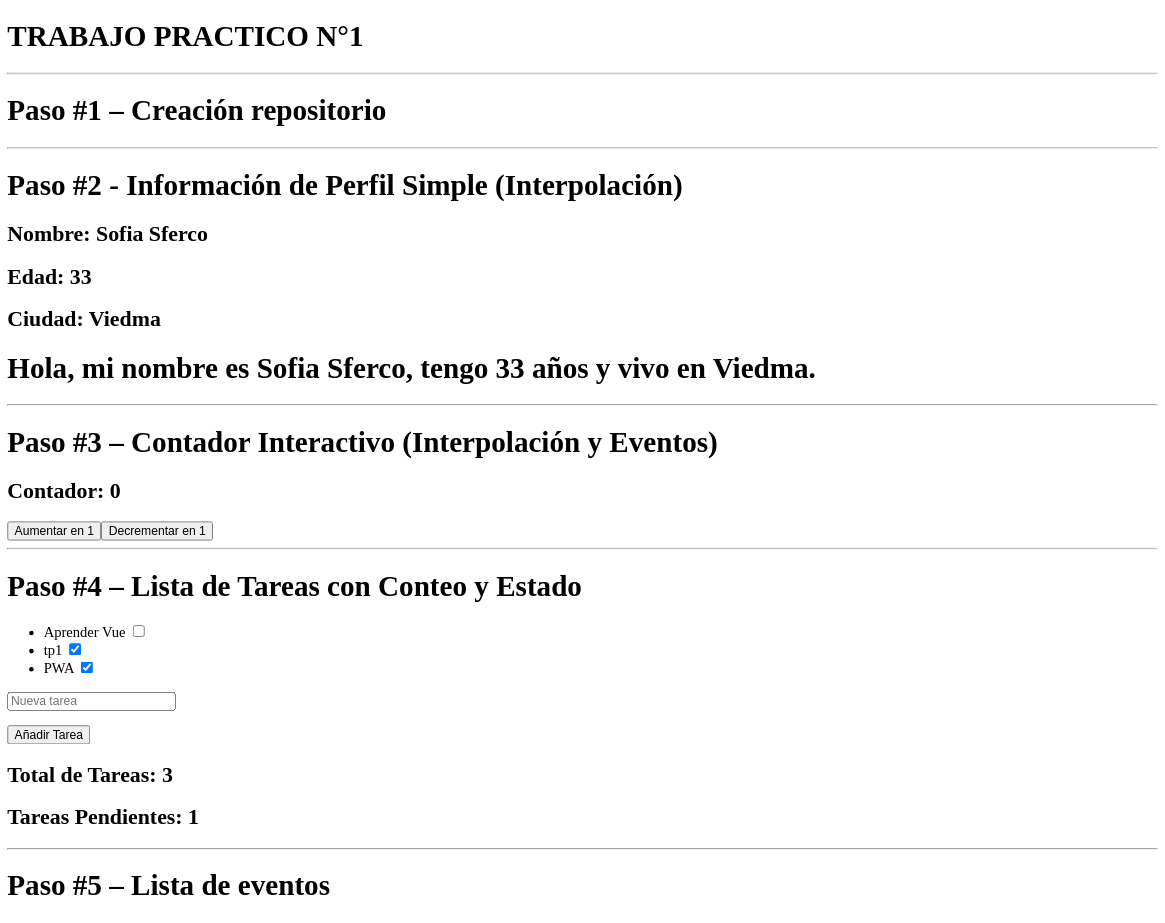
Repository: SofiaSferco/PWA-2026
Page: practico01/index.html
These files come from the project's save history. The page is drawn as it stood at one moment and after a run of saves; the edit follows.
The browser window is 1280 px wide. The pictures show the whole page, at 91% of full size.

Above is the page before, as saved 2026-09-10 03:20:00.

### practico01/index.html
<!DOCTYPE html>
<html lang="en">
<head>
    <meta charset="UTF-8">
    <title>Practico 01</title>
    <script src="https://cdn.jsdelivr.net/npm/vue/dist/vue.js"></script>
</head>

<body>
    <div id="app">
        <p>
            <h1>TRABAJO PRACTICO N°1</h1>
        </p>
        <hr>
        <h1>Paso #1 – Creación repositorio</h1>
        <hr>
        <h1>Paso #2 - Información de Perfil Simple (Interpolación)</h1>
        <h2>Nombre: {{nombre}}</h2>
        <h2>Edad: {{edad}}</h2>
        <h2>Ciudad: {{ciudad}}</h2>
        <h1>Hola, mi nombre es {{nombre}}, tengo {{edad}} años y vivo en {{ciudad}}.</h1>
        <hr>
        <h1>Paso #3 – Contador Interactivo (Interpolación y Eventos)</h1>
        <h2>Contador: {{contador}}</h2>
        <button @click="aumentar">Aumentar en 1</button><button v-on:click="decrementar">Decrementar en 1</button>
        <hr>
        <h1>Paso #4 – Lista de Tareas con Conteo y Estado</h1>
        <ul>
            <li v-for="tarea in tareas" :key="tarea.id">
                {{tarea.texto}} <input type="checkbox" v-model="tarea.completada">
            </li>
        </ul>
        <p>
            <input type="text" v-model="nuevaTarea" placeholder="Nueva tarea">
        </p>
        <button @click="agregarTarea">Añadir Tarea</button>
        <h2>Total de Tareas: {{totalTareas}}</h2>
        <h2>Tareas Pendientes: {{tareasPendientes.length}}</h2>
        <hr>
        <h1>Paso #5 – Lista de eventos</h1>
        <ul>
            <li v-for="evento in listaeventos" :key="evento.id">
                {{evento.nombre}} - {{evento.timestamp}}
            </li>
        </ul>

    </div>
    <script>
       var app= new Vue({
           el: '#app',
           data: {
               nombre: 'Sofia Sferco',
               edad: 33,
               ciudad: 'Viedma',
               contador: 0,
               nuevaTarea: '',
               tareas: [
                {
                id:1,
                texto: 'Aprender Vue',
                completada: false,
               },
                {
                id:2,
                texto: 'tp1',
                completada: true,
               },
               {
                id:3,
                texto: 'PWA',
                completada: true,
               },
            ],
            listaeventos: [],
           },
            methods: {
               aumentar: function() {
                    this.contador++;
               },
               decrementar: function() {
                    this.contador--;
               },
               agregarTarea: function () {
                this.tareas.push({
                    id:this.tareas.length + 1,
                    texto: this.nuevaTarea,
                    completada:false,
                    }
                )
                this.nuevaTarea = '';
                },
                agregarEvento: function (){
                    this.listaeventos.push({
                        id: this.listaeventos.length + 1,
                        nombre: nombre,
                        timestamp: Date.now(),
                    })
                }

           },
           computed: {
            tareasPendientes: function() {
                        return this.tareas.filter(function(tarea){
                            return tarea.completada==false
                        }
                    )
                    },
            totalTareas: function() {
                    return this.tareas.length;
                    },

            },
            created: function () {
                this.agregarEvento('beforeCreate');
                this.agregarEvento('created');
            },
            beforeMount: function () {
                this.agregarEvento('beforeMount');
            },
            mounted: function() {
                this.agregarEvento('mounted');
            },
            beforeUpdate: function() {
                console.log('beforeUpdate', Date.now());
            },
            updated: function() {
                console.log('updated', Date.now());
            },
            beforeDestroy: function () {
                this.agregarEvento('beforeDestroy');
            },
            destroyed: function () {
                console.log('destroyed', Date.now());
            },

        }
       )
    </script>
</body>
</html>

After the next 3 saves:
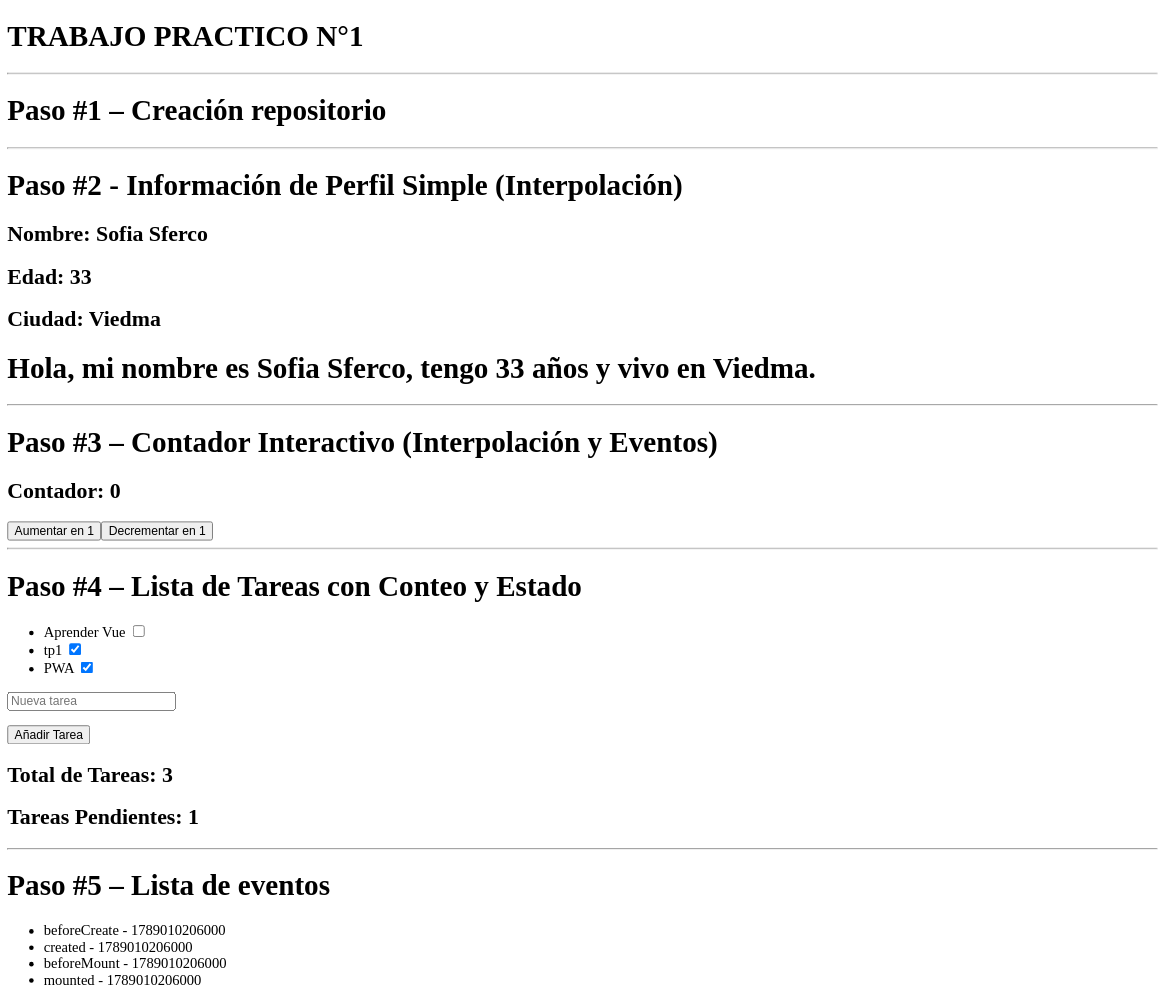
The 3 saves are shown as one change because they came seconds apart.
The last was saved 33 s later.
--- a/practico01/index.html
+++ b/practico01/index.html
@@ -89,7 +89,7 @@
                 )
                 this.nuevaTarea = '';
                 },
-                agregarEvento: function (){
+                agregarEvento: function (nombre){
                     this.listaeventos.push({
                         id: this.listaeventos.length + 1,
                         nombre: nombre,
